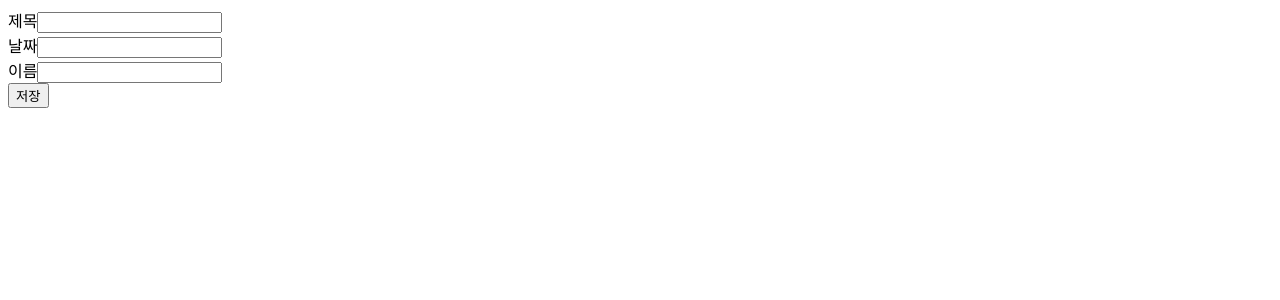
Repository: songgisung/study_web
Page: 20181126/test/board/WebContent/BoardWriter.html
These files come from the project's save history. The page is drawn as it stood at one moment and after the next save; the edit follows.
The browser window is 1280 px wide. The pictures show the whole page.

Above is the page before, as saved 2018-11-26 04:57:12.

After the next save:
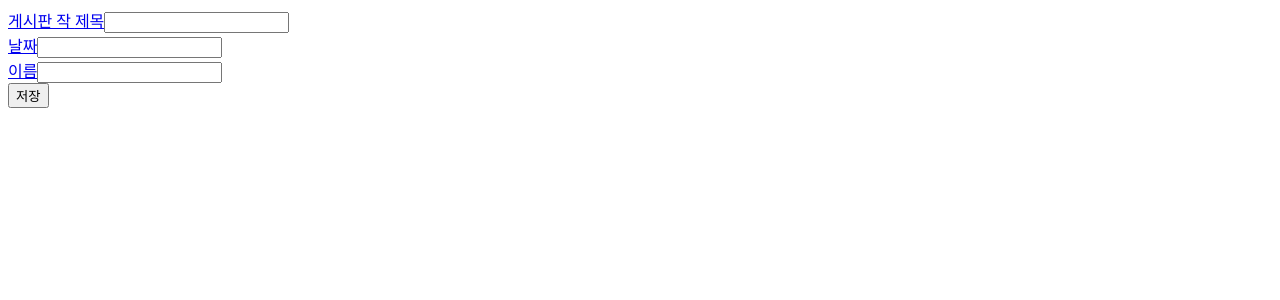
Saved 18 s later.
--- a/20181126/test/board/WebContent/BoardWriter.html
+++ b/20181126/test/board/WebContent/BoardWriter.html
@@ -2,6 +2,7 @@
 <html>
 <head>
 <meta charset="UTF-8">
+<a rel="stylesheet" href=css/BoardWriter.css""
 <title>게시판 작</title>
 </head>
 <body>

After the save that followed:
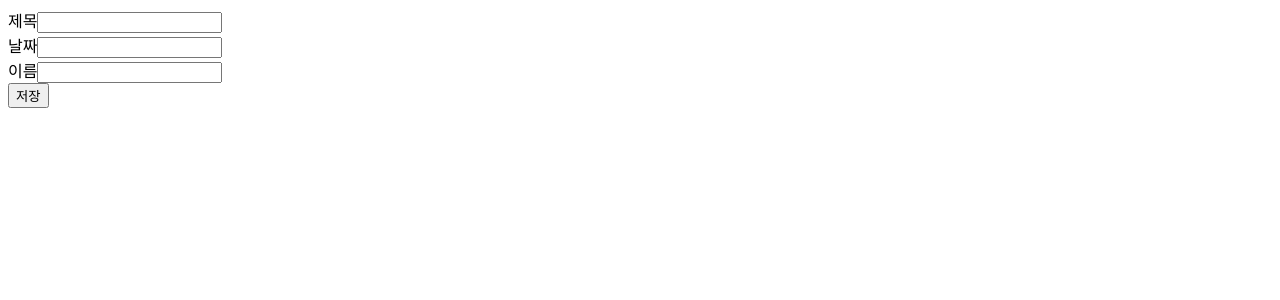
Saved 2 min 43 s later.
--- a/20181126/test/board/WebContent/BoardWriter.html
+++ b/20181126/test/board/WebContent/BoardWriter.html
@@ -2,7 +2,7 @@
 <html>
 <head>
 <meta charset="UTF-8">
-<a rel="stylesheet" href=css/BoardWriter.css""
+<a rel="stylesheet" href="css/BoardWriter.css"></a>
 <title>게시판 작</title>
 </head>
 <body>
@@ -10,7 +10,7 @@
 		제목<input type="text" name="title" /><br/>
 		날짜<input type="text" name="redate" /><br/>
 		이름<input type="text" name="writer" /><br/>
-		<input type="submit" value="저장">
+		<input class="submitbutton" type="submit" value="저장">
 	</from>
 </body>
 </html>
